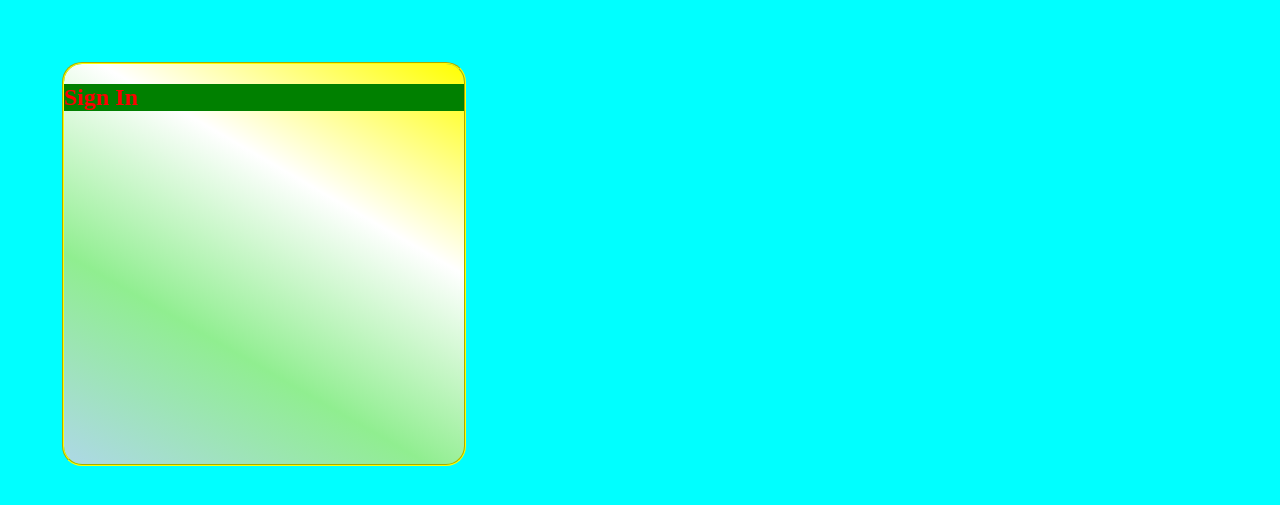
Repository: Amani-Kibet/express-app-web
Page: public/Card.html
An editor plug-in stored every save of this project. The page is shown before and after the next save, followed by the edit.
The browser window is 1280 px wide. The pictures show the whole page.

Above is the page before, as saved 2025-09-25 21:11:34.

After the next save:
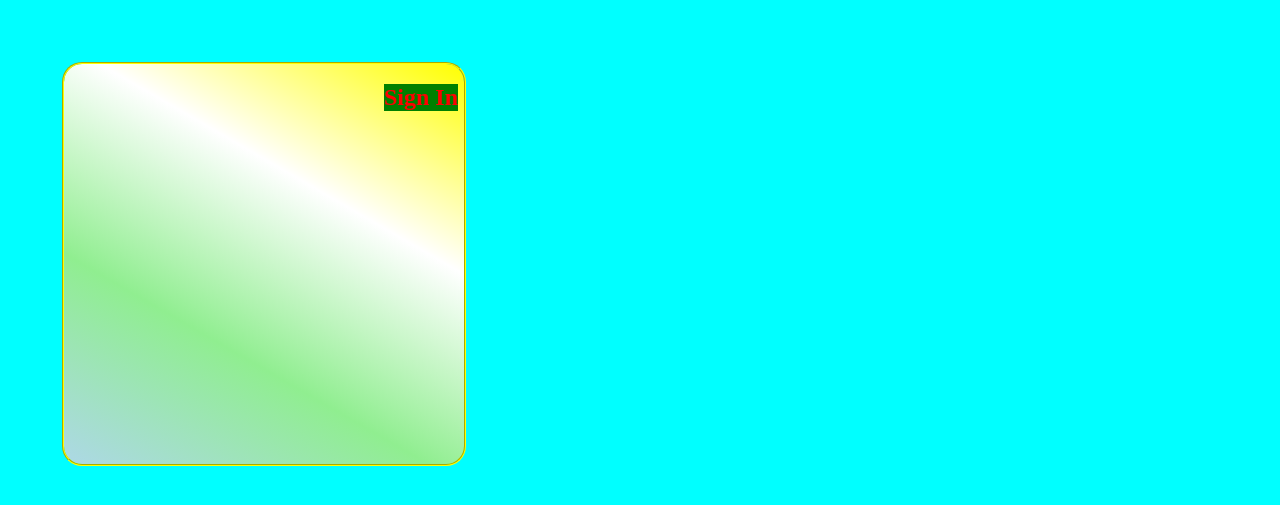
Saved 34 s later.
--- a/public/Card.html
+++ b/public/Card.html
@@ -14,7 +14,9 @@
   }
   h2{
     color: red;
-    background: green
+    background: green;
+    position: absolute;
+    left: 20rem
   }
   </style>
 </head>
